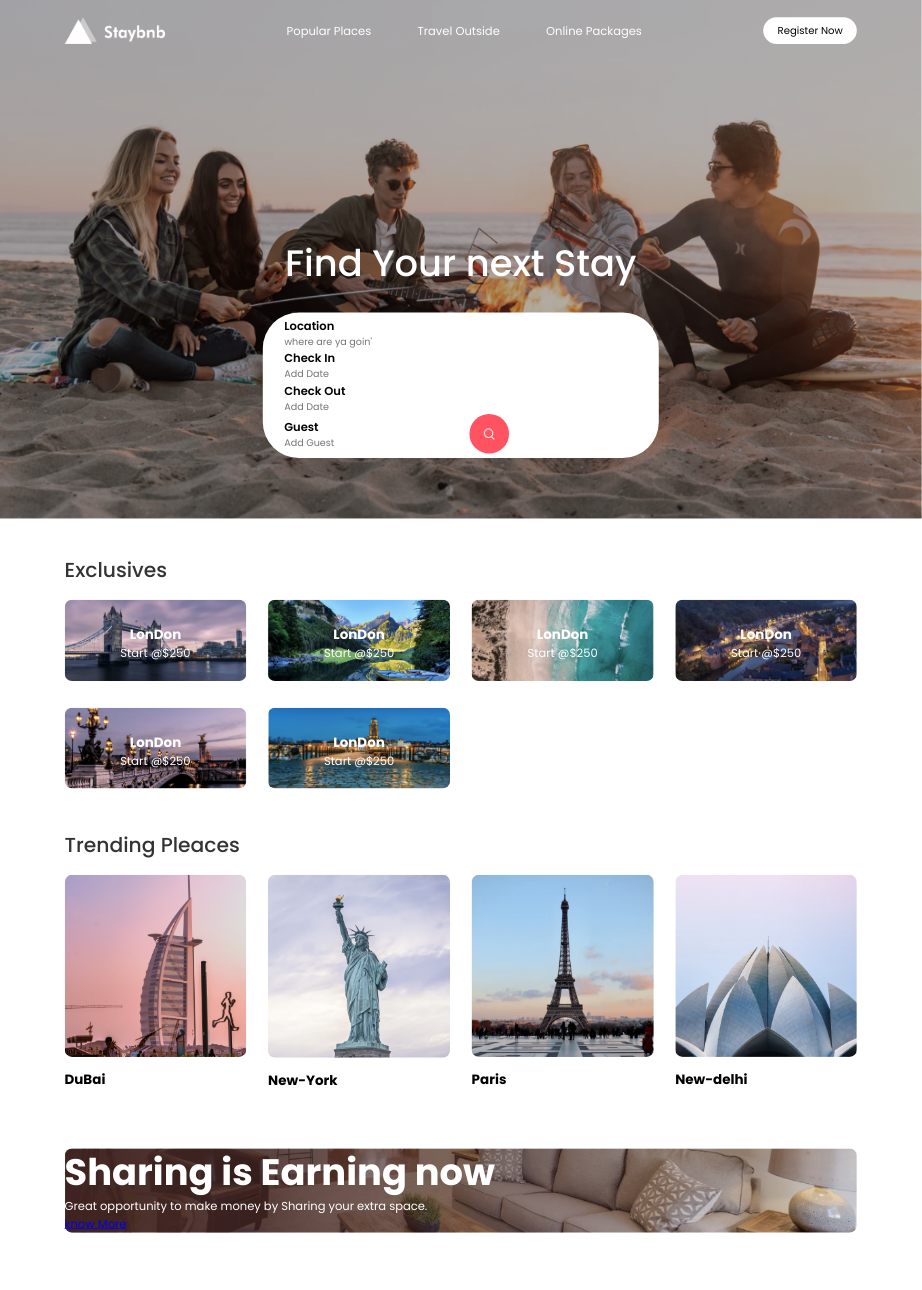
Repository: pinocoding/AirBnB
Page: house.html
The author's editor kept a copy of each file at every save. The page is drawn from the files as they stood at one save, then again after the next save.
The browser window is 1280 px wide. The pictures show the whole page, at 72% of full size.

Above is the page before, as saved 2022-01-23 15:49:00.

After the next save:
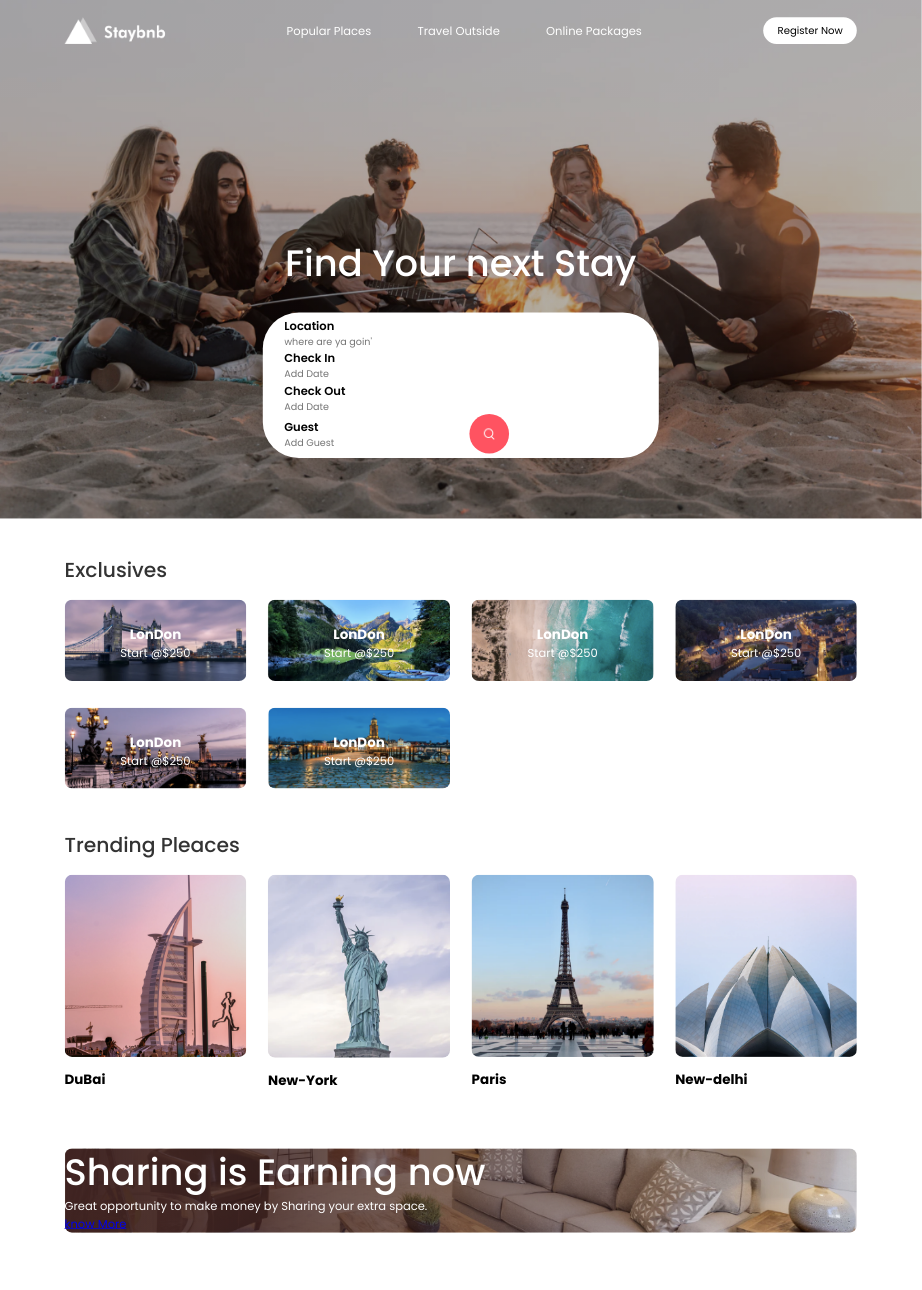
Saved 4 s later.
--- a/style.css
+++ b/style.css
@@ -159,4 +159,5 @@ padding-top: 22%
 .cta  h3 {
   font-size: 4vw ;
   line-height: 5.3vw ;
+  font-weight: 500;
 }
